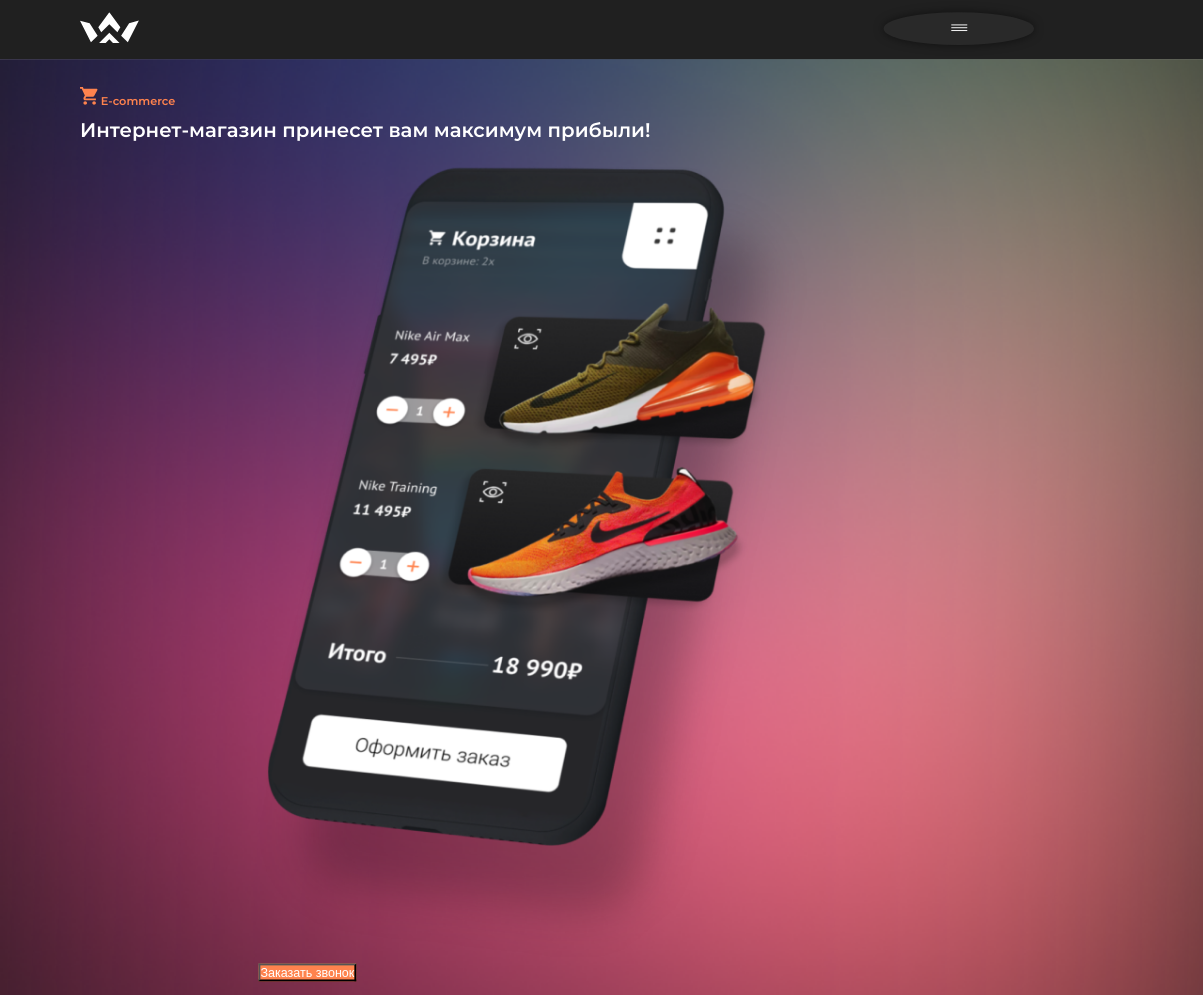
Repository: Gabi0605/my-tests
Page: web_alternative/index.html
The author's editor kept a copy of each file at every save. The page is drawn from the files as they stood at one save, then again after a run of saves.
The browser window is 1280 px wide. The pictures show the whole page, at 94% of full size.
The style sheet was rebuilt from its Sass, Less or Tailwind sources for each picture, by a compiler version that may differ from the author's.

Above is the page before, as saved 2020-01-16 10:54:46.

### web_alternative/index.html
<!DOCTYPE html>
<html lang="ru">
<head>
    <meta charset="UTF-8">
    <meta name="viewport" content="width=device-width, initial-scale=1.0">
    <meta http-equiv="X-UA-Compatible" content="ie=edge">
    <title>WEB ALTERNATIVE</title>
    <link href="https://fonts.googleapis.com/css?family=Montserrat:300,400,600|Roboto:300,700&display=swap" rel="stylesheet">
    <link rel="stylesheet" href="css/bootstrap-grid.min.css">
    <link rel="stylesheet" href="css/style.css">
</head>
<body>
    <header>
        <div class="container">
            <div class="row">
                <div class="col-4">
                    <div class="logo">
                        <img src="img/svg/logo.svg" alt="">
                    </div>
                </div>
                <div class="col-2 offset-5">
                    <div class="burger">
                        <div class="rect"></div>
                        <div class="rect"></div>
                        <div class="rect"></div>
                    </div>
                </div>
            </div>
        </div>
    </header>
    <div class="call">
        <div class="container">
            <div class="e-commerce">
                <img src="img/svg/shopping-cart.svg" alt=""> E-commerce
            </div>
            <h2>
                Интернет-магазин принесет вам максимум прибыли!
            </h2>
            <div class="row">
                <div class="col-8 offset-2">
                    <img src="img/phone.png" alt="">
                </div>
                <div class="col-8 offset-2">
                    <button>
                        Заказать звонок
                    </button>
                </div>
            </div>
        </div>
    </div>
</body>
</html>

### web_alternative/less/style.less
*{
    margin: 0;
    padding: 0;
    box-sizing: border-box;
}
.montserrat{
    font-family: 'Montserrat', sans-serif;
}
.roboto{
    font-family: 'Roboto', sans-serif;
}
p{
    .montserrat;
    font-size: 12px;
    line-height: 15px;
}
@background: #171718;
@gray: #202020;
@burger: #292929;
@orange: #FF834E;

header{
    background: @gray;
    padding: 13px 0;
    .burger{
        background: @burger;
        border-radius: 50%;
        box-shadow: 0 0 10px rgba(0, 0, 0, 0.5);
        min-width: 35px;
        min-height: 35px;
        display: flex;
        flex-direction: column;
        justify-content: center;
        align-items: center;
        .rect{
            min-width: 17px;
            max-width: 50%;
            height: 1px;
            background: #fff;
            margin-bottom: 2px;
        }
    }
}
.call{
    background: @background;
    background-image: url(../img/mobile-background-block-one.png);
    background-size: cover;
    .montserrat;
    padding: 29px 0 15px;
    .e-commerce{
        color: @orange;
        font-weight: 600;
        font-size: 12px;
        line-height: 15px;
    }
    h2{
        color: #fff;
        font-weight: 600;
        font-size: 21px;
        line-height: 28px;
        padding: 10px 0 24px;
    }
    img{
        max-width: 100%;
    }
    button{
        background-color: @orange;
        color: #fff;
        font-weight: 400;
    }
}

Loaded but not shown: web_alternative/css/bootstrap-grid.min.css (library)

After the next 2 saves:
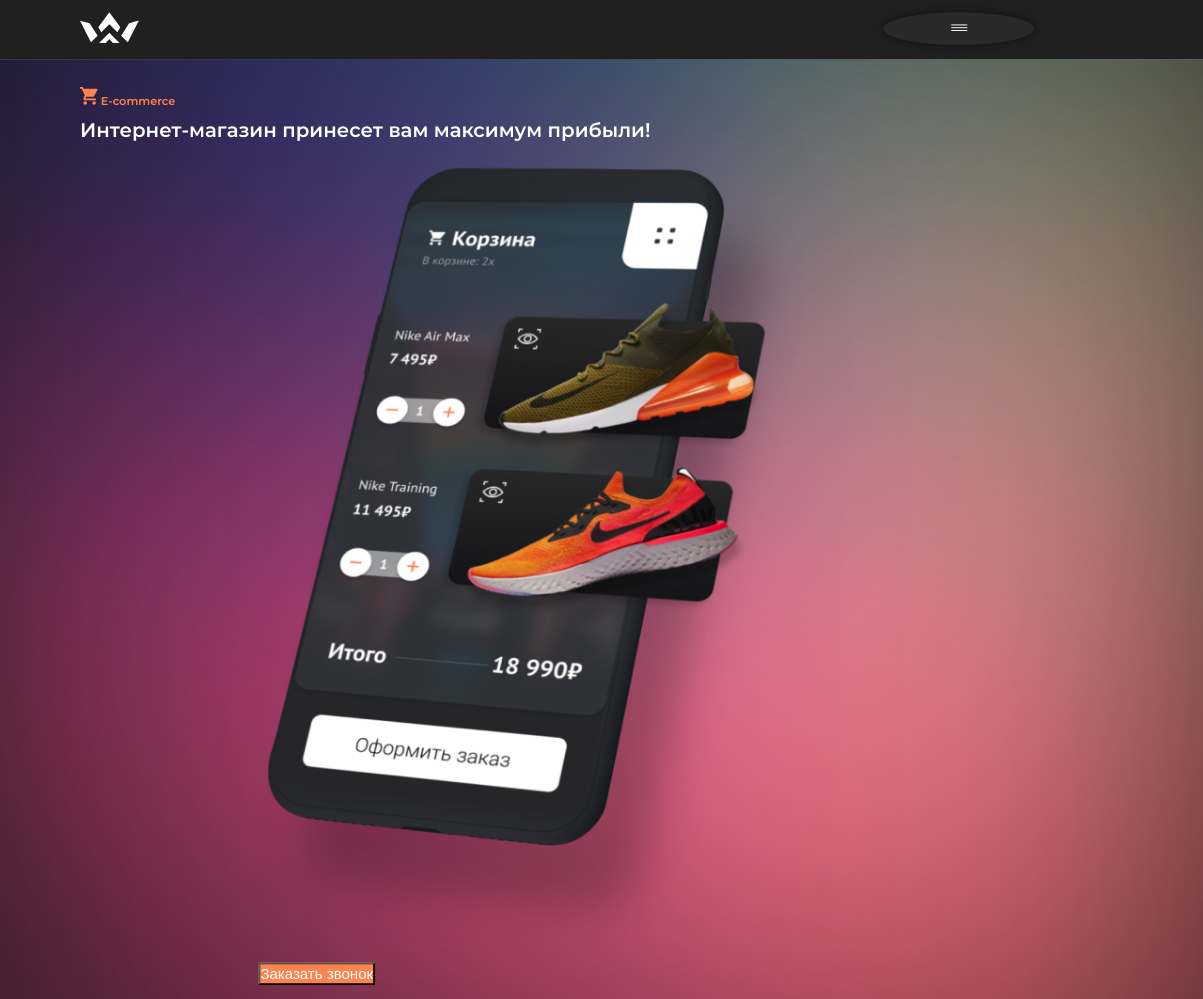
The 2 saves are shown as one change because they came seconds apart.
The last was saved 7 s later.
--- a/web_alternative/less/style.less
+++ b/web_alternative/less/style.less
@@ -67,5 +67,7 @@
         background-color: @orange;
         color: #fff;
         font-weight: 400;
+        font-size: 16px;
+        line-height: 20px;
     }
 }
